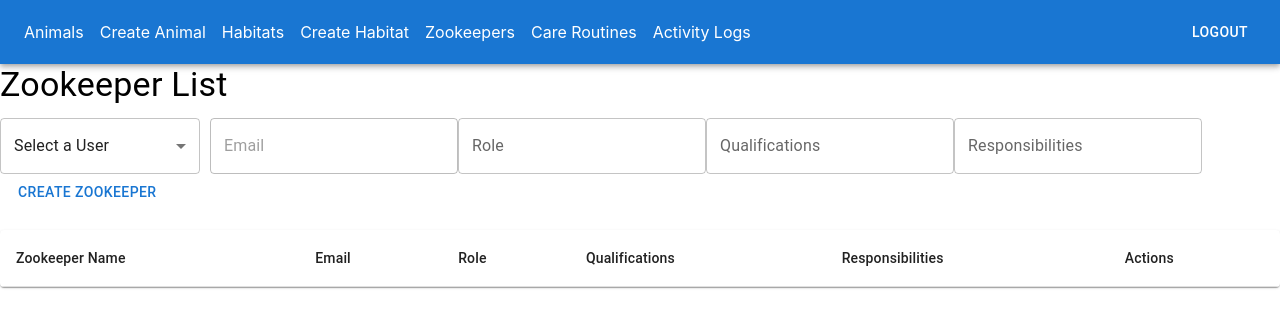
Repository: maomao7788/Digital-Zoo-Management1
Page: /zookeepers (app in frontend/)
An editor plug-in stored every save of this project. The page is shown before and after the next save, followed by the edit.
The browser window is 1280 px wide. The pictures show the whole page.
The page's requests for data from a server got no answer. The project was rebuilt for these pictures with package versions that can differ from the ones it lists, and the page was loaded fresh each time. No one was signed in, and anything a server would have sent is missing. Also part of the build but not shown: frontend/src/pages/AnimalList.tsx, frontend/src/pages/CreateAnimal.tsx, frontend/src/pages/Login.tsx, frontend/src/components/PrivateRoute.tsx, frontend/src/pages/EditAnimal.tsx, frontend/src/pages/HabitatList.tsx, frontend/src/pages/CreateHabitat.tsx, frontend/src/pages/EditHabitat.tsx and 3 more.

Above is the page before, as saved 2025-03-04 23:57:37.

After the next save:
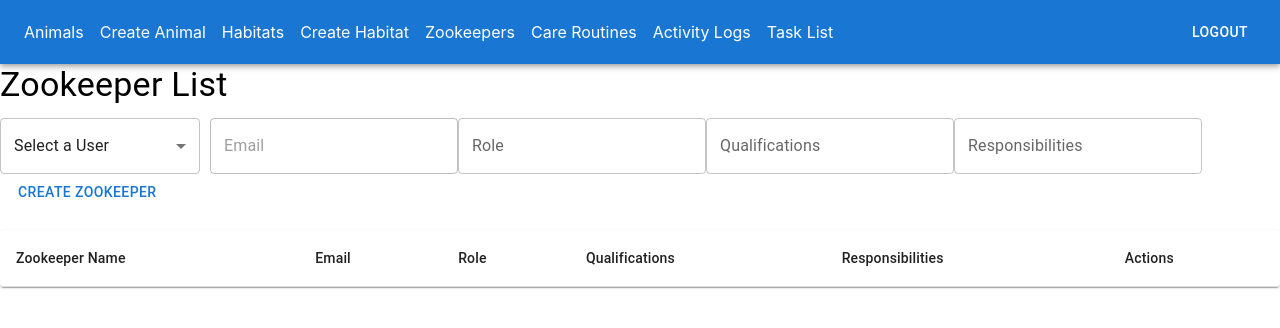
Saved 30 s later.
--- a/frontend/src/App.tsx
+++ b/frontend/src/App.tsx
@@ -34,6 +34,7 @@ function App() {
           <Link component={RouterLink} to="/zookeepers" color="inherit" underline="none" sx={{ mr: 2 }}>Zookeepers</Link>
           <Link component={RouterLink} to="/care_routines" color="inherit" underline="none" sx={{ mr: 2 }}>Care Routines</Link>
           <Link component={RouterLink} to="/activity_logs" color="inherit" underline="none" sx={{ mr: 2 }}>Activity Logs</Link>
+          <Link component={RouterLink} to="/task-list" color="inherit" underline="none" sx={{ mr: 2 }}>Task List</Link>
 
           <Box sx={{ flexGrow: 1 }}></Box>
           <Button color="inherit" onClick={handleLogout}>Logout</Button>
